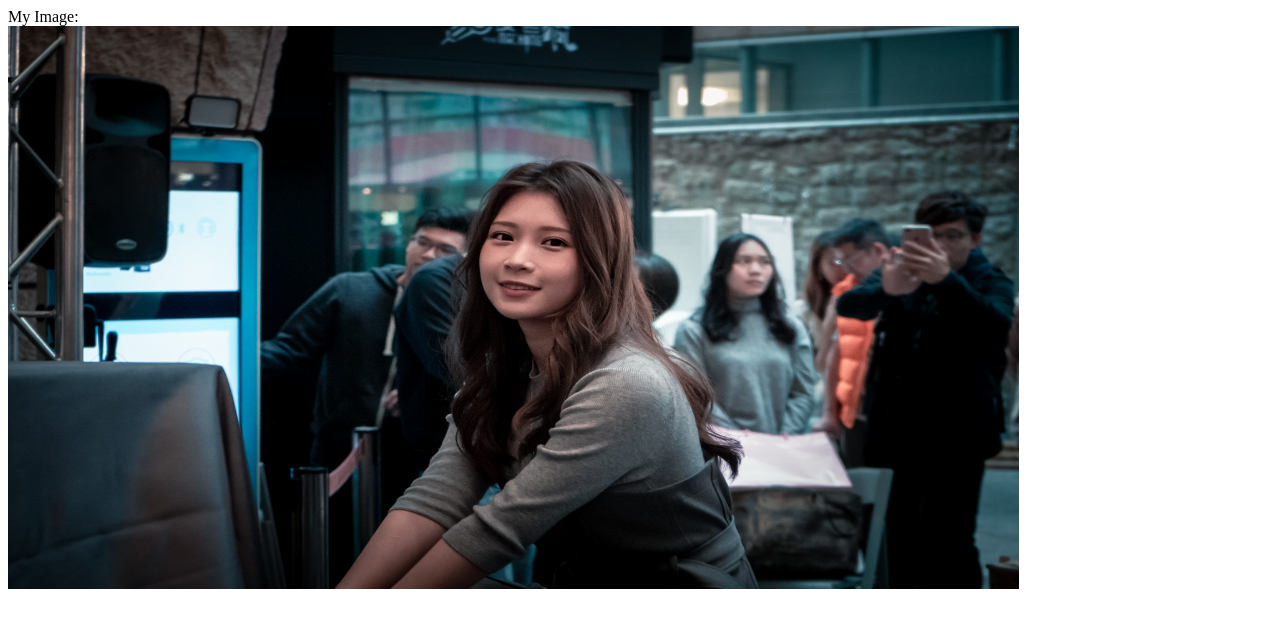
Repository: Thomas85198/SpringTest
Page: http://localhost/SpringMvcWebProject/viewimagePage1.jsp
An editor plug-in stored every save of this project. The page is shown before and after the next save, followed by the edit.
The browser window is 1280 px wide. The pictures show the whole page.
The page is served by Tomcat 9. Nobody is signed in. The application's start-up code is not run. Other server files are loaded and not shown.

Above is the page before, as saved 2020-01-09 01:49:46.

### SpringMvcWebProject/WebContent/viewimagePage1.jsp
<%@ page language="java" contentType="text/html; charset=UTF-8"
    pageEncoding="UTF-8"%>
<%@ taglib prefix="c" uri="http://java.sun.com/jsp/jstl/core" %>
<!-- jstl -->
<!DOCTgeYPE html>
<html>
<head>
<meta charset="UTF-8">
<title>View Image Page</title>
</head>
<body>
My Image:<br/>
<img src="<c:url value="/images/image01.jpg"></c:url>" width="80%" height="80%"/><br/>
</body>
</html>

After the next save:
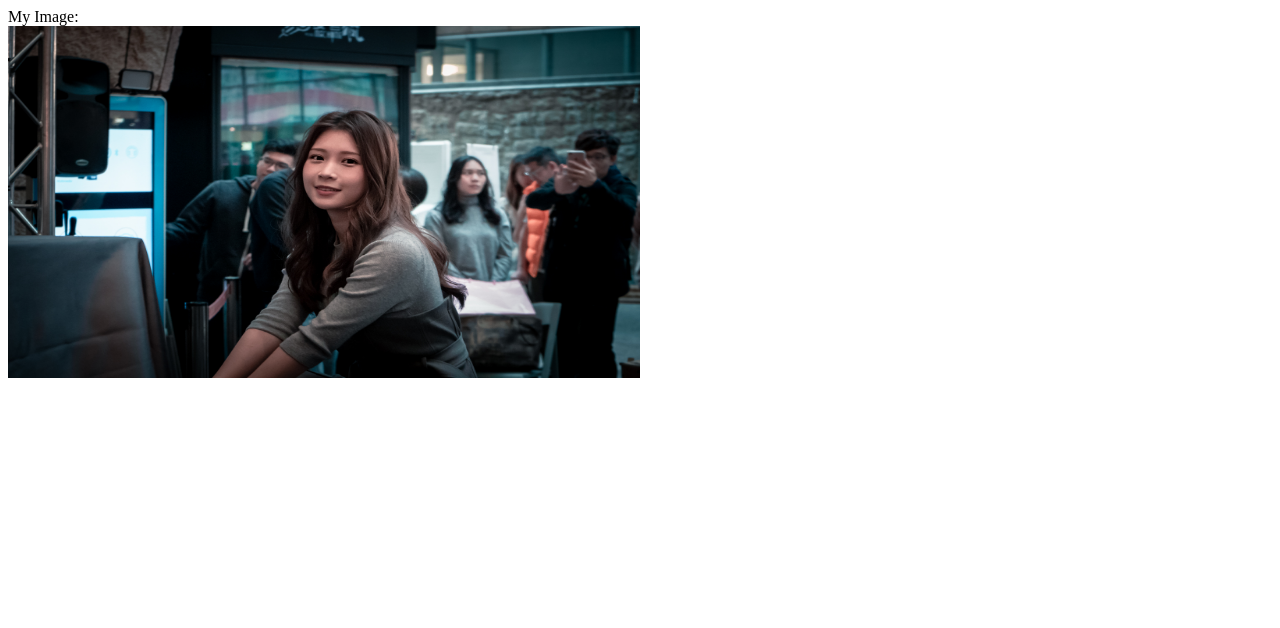
Saved 5 s later.
--- a/SpringMvcWebProject/WebContent/viewimagePage1.jsp
+++ b/SpringMvcWebProject/WebContent/viewimagePage1.jsp
@@ -10,6 +10,6 @@
 </head>
 <body>
 My Image:<br/>
-<img src="<c:url value="/images/image01.jpg"></c:url>" width="80%" height="80%"/><br/>
+<img src="<c:url value="/images/image01.jpg"></c:url>" width="50%" height="50%"/><br/>
 </body>
 </html>
